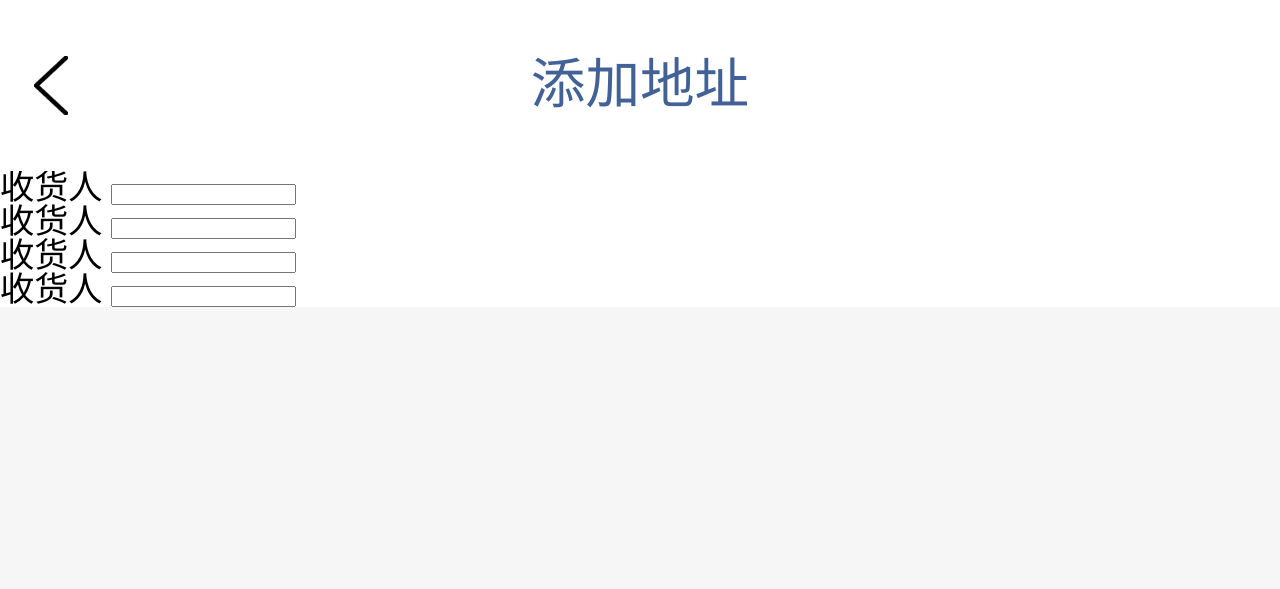
Repository: 421538074/sell
Page: consumer/manage-address.html
These files come from the project's save history. The page is drawn as it stood at one moment and after the next save; the edit follows.
The browser window is 1280 px wide. The pictures show the whole page.

Above is the page before, as saved 2019-06-03 16:07:56.

### consumer/manage-address.html
<!DOCTYPE html>
<html lang="en">

<head>
    <meta charset="UTF-8">
    <meta name="viewport" content="width=device-width, initial-scale=1.0">
    <meta http-equiv="X-UA-Compatible" content="ie=edge">
    <title>地址管理</title>
    <link rel="stylesheet" href="../css/base.css">
    <link rel="stylesheet" href="css/common.css">
    <link rel="stylesheet" href="css/manage-address.css">
</head>

<body>
    <div id="app" class="content">
        <nav class="nav-bar-wrapper">
            <img @click="back" src="../img/back.png" class="back-icon">
            <p class="nav-bar-title">{{title}}</p>
        </nav>
        <ul class="address-wrapper">
            <li class="address-item">
                <label class="title">收货人</label>
                <input type="text" class="input-item">
            </li>
            <li class="address-item">
                <label class="title">收货人</label>
                <input type="text" class="input-item">
            </li>
            <li class="address-item">
                <label class="title">收货人</label>
                <input type="text" class="input-item">
            </li>
            <li class="address-item">
                <label class="title">收货人</label>
                <input type="text" class="input-item">
            </li>
        </ul>
    </div>
    <script src="../js/api.js"></script>
    <script src="../js/jquery.min.js"></script>
    <script src="../js/vue.js"></script>
    <script src="js/vue-mixin.js"></script>
    <script src="js/manage-address.js"></script>
</body>

</html>

### css/base.css
/* http://meyerweb.com/eric/tools/css/reset/
   v2.0 | 20110126
   License: none (public domain)
*/

html,
body,
div,
span,
applet,
object,
iframe,
h1,
h2,
h3,
h4,
h5,
h6,
p,
blockquote,
pre,
a,
abbr,
acronym,
address,
big,
cite,
code,
del,
dfn,
em,
img,
ins,
kbd,
q,
s,
samp,
small,
strike,
strong,
sub,
sup,
tt,
var,
b,
u,
i,
center,
dl,
dt,
dd,
ol,
ul,
li,
fieldset,
form,
label,
legend,
table,
caption,
tbody,
tfoot,
thead,
tr,
th,
td,
article,
aside,
canvas,
details,
embed,
figure,
figcaption,
footer,
header,
hgroup,
menu,
nav,
output,
ruby,
section,
summary,
time,
mark,
audio,
video {
    margin: 0;
    padding: 0;
    border: 0;
    font-size: 100%;
    font: inherit;
    vertical-align: baseline;
}

/* HTML5 display-role reset for older browsers */
article,
aside,
details,
figcaption,
figure,
footer,
header,
hgroup,
menu,
nav,
section {
    display: block;
}

body {
    line-height: 1;
}

ol,
ul {
    list-style: none;
}

blockquote,
q {
    quotes: none;
}

blockquote:before,
blockquote:after,
q:before,
q:after {
    content: '';
    content: none;
}

table {
    border-collapse: collapse;
    border-spacing: 0;
}


body,
html {
    font-size: calc(100vw / 37.5) !important;
    font-family: PingFangSC-Medium;
    background: #F2F2F2;
}


[v-cloak] {
    display: none;
}


hr {
    margin: 0;
    padding: 0;
}

.clearfix {
    zoom: 1;
}

.clearfix:after {
    content: ".";
    display: block;
    visibility: hidden;
    height: 0;
    clear: both;
}

[v-cloak] {
    display: none;
}

### consumer/css/common.css
*{
    box-sizing: border-box;
}
html,body{
    background: #f6f6f6;
}
html,body,div.content{
    height: 100%;
}
/*底部菜单栏*/
nav.tool-bar-wrapper {
    height: 5rem;
    background: #ffffff;
    display: flex;
    align-items: center;
    justify-content: space-around;
}
a.nav-item {
    color: #888888;
    text-decoration: none;
    font-size: 1.5rem;
    display: flex;
    flex-direction: column;
    align-items: center;
    justify-content: space-around;
    height: 90%;
}
a.nav-item.active{
    color: #0093FF;
}
img.nav-item-icon{
    width: 1.5rem;
    height: 1.5rem;
}
.ellipsis{
    overflow: hidden;
    white-space: nowrap;
    text-overflow: ellipsis;
}
/*顶部返回栏 */
nav.nav-bar-wrapper {
    background: #FFFFFF;
    height: 5rem;
    display: flex;
    align-items: center;
    justify-content: space-around;
    position: fixed;
    width: 100%;
    top: 0;
    z-index: 2;
    font-size: 1.6rem;
    color: #426196;
}
img.back-icon {
    position: absolute;
    width: 1rem;
    left: 1rem;
}

### consumer/css/manage-address.css
div.content{
    padding-top: 5rem;
}
ul.address-wrapper {
    background: #FFFFFF;
}

### js/api.js
function getUrlKey(name) {
    return decodeURIComponent((new RegExp('[?|&]' + name + '=' + '([^&;]+?)(&|#|;|$)').exec(location.href) || [, ""])[1].replace(/\+/g, '%20')) || null;
}


// window.warn = {
//     alert: function alert(msg) {
//         var template = `
// `
//         $('body').append(template);
//         $('.alert-body').animate({
//             top: "40px"
//         }, 200);
//         // setTimeout(function () {
//         //     warn.close();
//         // }, 1500);
//     },
//     close: function close() {
//         $('.alert-body').animate({
//             top: "-280px"
//         }, 200);
//         setTimeout(function () {
//             $('#alert-msg').remove();
//         }, 200);
//     }
// };

### consumer/js/vue-mixin.js
Vue.mixin({
    methods: {
        /**
         * 返回
         */
        back() {
            history.go(-1);
        },
        /**
         * 限制长度
         * @param {String} 要限制长度的字段
         * @param {Number} 长度
         */
        limitLength(key, length) {
            this[key] = this[key].substring(0, length);
        },
        /**
         * 验证11位手机号
         * @param {Number} phone
         */
        validatePhone(phone) {
            const phoneReg = /^[1-9][0-9]{9}[0-9]$/;
            return phoneReg.test(phone);
        },
        /**
         * 发送手机验证码
         * @param {Number} waitTimeKey 等待时间键名
         * @param {String} tipsKey 发送验证码显示的信息的键名
         * @param {String} phoneKey 手机号键名
         * @param {String} reSendMsg  按钮默认显示的文字
         */
        sendCode(waitTimeKey, tipsKey, phoneKey, defaultMsg) {
            if (!this.validatePhone(this[phoneKey])) {
                alert('无效手机号!');
                return;
            }
            if (this[waitTimeKey] == 60) {
                $.post('', {
                        phone: this[phoneKey]
                    }, (res) => {
                        if (res.status == 1) {
                            const interval = setInterval(() => {
                                if (this[waitTimeKey] == 1) {
                                    this[waitTimeKey] = 60;
                                    this[tipsKey] = defaultMsg;
                                    clearInterval(interval);
                                    return;
                                }
                                this[waitTimeKey] -= 1;
                                this[tipsKey] = `${this[waitTimeKey]}s`;
                            }, 1000);
                        } else {
                            alert('发送失败!');
                        }
                    }, 'json')
                    .fail(err => {
                        alert('服务器异常!');
                    });
            }
        },
        /**
         * 链接跳转
         * @param {String} url
         */
        linkTo(url) {
            window.location.href = url;
        },
        /**
         * 获得URL参数
         */
        getParams() {
            var list = location.search.substring(1).split('&');
            var param = {};
            list.forEach(function (value) {
                var temp = value.split('=');
                param[temp[0]] = temp[1];
            });
            return param;
        }
    },
    filters: {

    }
})

### consumer/js/manage-address.js
new Vue({
    el: '#app',
    data() {
        return {
            title:''
        }
    },
    created() {
        if (this.getParams().type == 'edit') {
            this.title = '编辑地址';
        } else {
            this.title = '添加地址';
        }
    },
})

Loaded but not shown: js/jquery.min.js (library); js/vue.js (library)

After the next save:
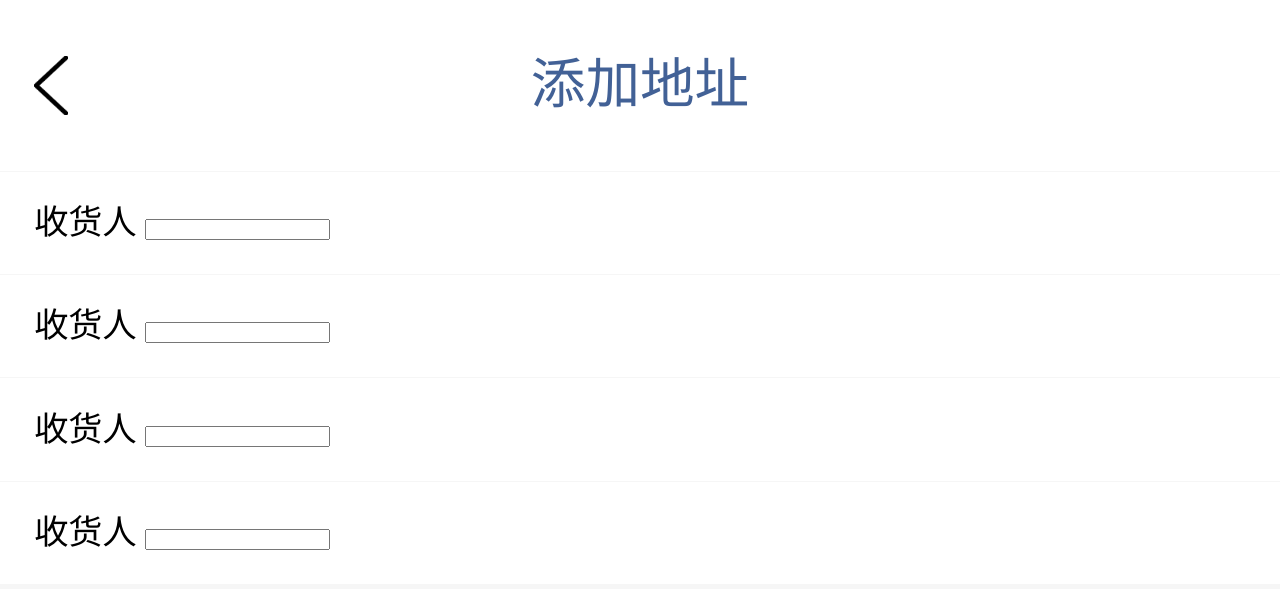
Saved 31 s later.
--- a/consumer/css/manage-address.css
+++ b/consumer/css/manage-address.css
@@ -4,3 +4,7 @@ div.content{
 ul.address-wrapper {
     background: #FFFFFF;
 }
+li.address-item {
+    border-top: 1px solid #f6f6f6;
+    padding: 1rem;
+}
